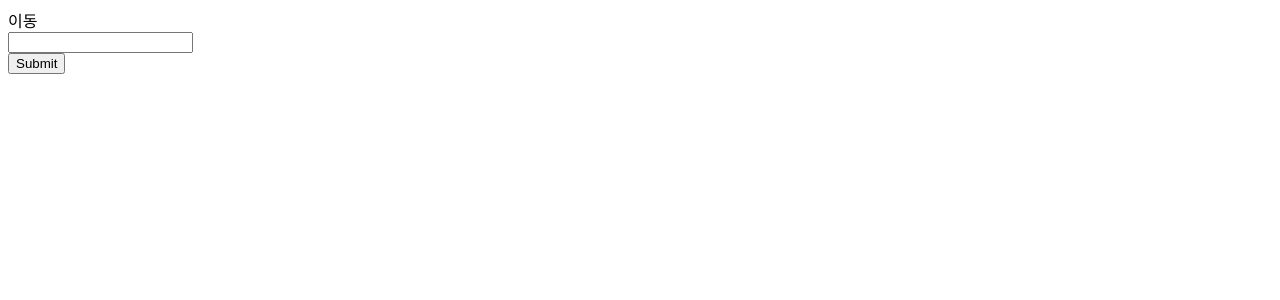
Repository: egniz/egniz
Page: HelloWorld/WebContent/dopost.html
An editor plug-in stored every save of this project. The page is shown before and after the next save, followed by the edit.
The browser window is 1280 px wide. The pictures show the whole page.

Above is the page before, as saved 2020-01-13 02:25:19.

After the next save:
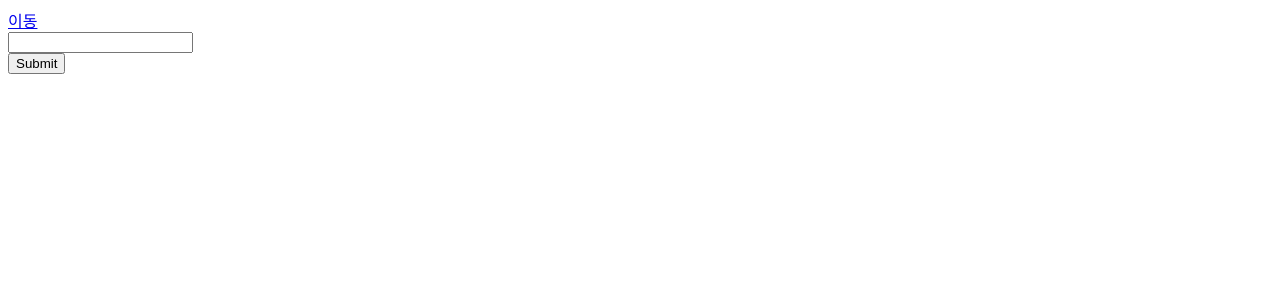
Saved 3 min 23 s later.
--- a/HelloWorld/WebContent/dopost.html
+++ b/HelloWorld/WebContent/dopost.html
@@ -5,7 +5,7 @@
 <title>Insert title here</title>
 </head>
 <body>
-<a herf="mts2"> 이동</a>
+<a href="mts2"> 이동</a>
 <form action="mys2" method="post">
 	<input name="id"><br>
 	<input type="submit">
